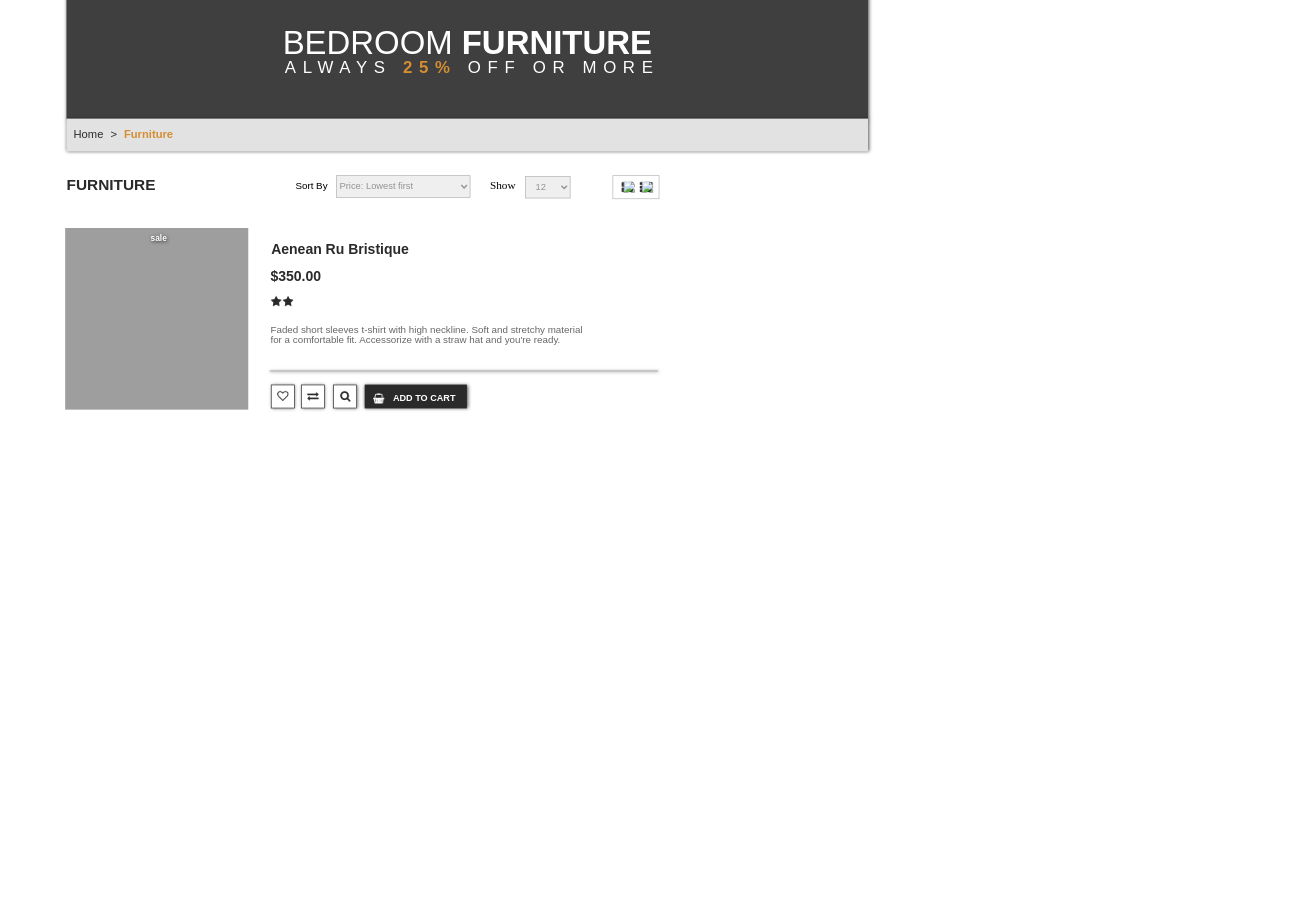
Repository: mihaisitaru/bazar
Page: http://localhost/furniture
The author's editor kept a record of every edit. The page is drawn from the files as they stood at one moment, then again after the next edit.
The browser window is 1280 px wide. The page is 1845 px wide, so the pictures cover 1845 px, including what lies to the right of the window. The pictures show the part of the page from y = 349 to 1669 px (the page is 4745 px tall), at 70% of full size.
Pictures or frames that could not be fetched are drawn as grey boxes. The page is run by PHP 8.4 with error messages shown; the project is at /var/www/html/.

Above is the page before.

### furniture.php
<?php require_once(__DIR__."/php/work3/config/general.php"); ?>

<!DOCTYPE html>
<html lang="en">
  <head>
    <title>Furniture - Bazar Online Shopping</title>
    <!-- This resets any default values added by the browsers -->
    <link rel="stylesheet" type="text/css" href="css/reset.css" />
    <!-- This is the style document used -->
    <link rel="stylesheet" type="text/css" href="css/style.css" />
    <!-- This is the logo -->
    <link rel="icon" href="images/favicon.png" type="image/x-icon" />
    <!-- A bunch of metas -->
    <meta charset="UTF-8" />
    <meta name="description" content="Bazar - Online shopping, Indoor furniture, all you need in just one place" />
    <meta name="keywords" content="Bazar, Furniture, Indoor, Soda, Bedroom, Chair, Table" />
    <meta name="author" content="Mihai Sitaru" />
    <meta name="geo.region" content="RO-IS" />
    <meta name="geo.placename" content="Iasi" />
    <meta name="geo.position" content="47.165390;27.563670" />
  </head>
  <body>
    <?php include_once(__DIR__."/php/work3/config/header.php"); ?>
    <div class="container">
      <!-- Furniture title header -->
      <div class="furniture-title shadow-box">
        <ul>
          <li><p class="furniture-title-1-a">bedroom</p><p class="furniture-title-1-b"> furniture</p></li>
          <li><p class="furniture-title-2-a">always</p><p class="furniture-title-2-b color-orange"> 25%</p><p class="furniture-title-2-a"> off or more</p></li>
        </ul>
        <div class="gray-links shadow-box"><a href="home">home</a><p>&#62;</p><a href="furniture" class="current"><p>furniture</p></a></div>
      </div>
      <!-- Sort products -->
      <div class="nav-6">
        <a class="furniture-title-page color-dark-gray" href="furniture" title="Furniture">furniture</a>
        <div class="blackline-furniture-page background-dark-gray"></div>
        <form action="" method="POST">
          <p class="sort-by">sort by</p>
          <select class="input-to-sort">
            <option value="price: lowest first" selected>Price: Lowest first</option>
            <option value="price: highest first">Price: Highest first</option>
            <option value="category: chair">Category: Chair</option>
            <option value="category: table">Category: Table</option>
            <option value="category: sofa">Category: Sofa</option>
            <option value="category: bedroom">Category: Bedroom</option>
          </select>
          <p class="show-filter">show</p>
          <select class="show-filter-values">
            <option value="12" selected>12</option>
            <option value="24">24</option>
            <option value="48">48</option>
          </select>
          <div class="filter-type-container">
            <input class="filter-grid" type="image" src="#" alt="...." />
            <input class="filter-list" type="image" src="#" alt="...." />
          </div>
        </form>
      </div>
      <!-- Sort the products -->
      <div class="products-sorted">
        <div class="product-sorted">
          <img class="product-img-sorted" src="/images/gallfeat1.jpg" alt="photo" />
          <div class="text-add-to-cart-sorted shadow-box"><p>add to cart</p></div>
          <div class="product-name-sorted background-white">
            <p class="text-product-sorted color-dark-gray">Aenean Ru Bristique</p>
            <div class="black-stars-sorted"></div>
            <div class="white-stars-sorted"></div>
            <div class="gray-line-sorted shadow-box"></div>
            <div class="white-heart-sorted shadow-box"><div class="wishlist"><p>add to wishlist</p><div class="triangles"></div></div></div>
            <div class="compare-sorted shadow-box"><div class="match"><p>add to compare</p><div class="triangles"></div></div></div>
            <div class="view-product-sorted shadow-box"><div class="details"><p>quick view</p><div class="triangles"></div></div></div>
            <div class="price-sorted">
              <p class="price-text-sorted color-dark-gray">$350.00</p>
              <p class="short-description-sorted color-dark-gray">Faded short sleeves t-shirt with high neckline. Soft and stretchy material for a comfortable fit. Accessorize with a straw hat and you're ready.</p>
            </div>
          </div>
        </div>
      </div>
      <!-- Brands slider -->
      <div class="brand-two">
        <div class="brand-slider">
          <div class="brand-container"></div>
          <div class="brand-controls">
            <p class="left-brand background-dark-gray font-semi-bold">&#60;</p>
            <p class="right-brand background-dark-gray font-semi-bold">&#62;</p>
          </div>
        </div>
      </div>
      <!-- Register to receive newsletters -->
      <div class="furniture-newsletter shadow-box">
        <form action="<?php echo htmlspecialchars('/php/work3/api/user/newsletterRegister.php') ?>" method="POST">
          <p class="newsletter-label">newsletter:</p>
          <div class="newsletter-input-container"><input class="newsletter-input" type="text" name="email" placeholder="Enter your email address" /></div>
          <input class="newsletter-button" type="image" src="/images/newsletter-submit-orange.png" alt="Submit" />
        </form>
      </div>
    </div>
    <!-- Add magic with javascript and query -->
    <script type="text/javascript" src="https://preview.c9users.io/mihaisitaru/bazar_shop_online/javascript/jquery-2.2.4.min.js"></script>
    <script type="text/javascript" src="https://preview.c9users.io/mihaisitaru/bazar_shop_online/javascript/brands-slider2.js"></script>
    <script type="text/javascript" src="https://preview.c9users.io/mihaisitaru/bazar_shop_online/javascript/js2.js"></script>
    <script type="text/javascript" src="https://preview.c9users.io/mihaisitaru/bazar_shop_online/javascript/go-to-top.js"></script>
    <!-- Include the footer -->
    <?php include_once(__DIR__."/php/work3/config/footer.php"); ?>

### php/work3/config/general.php
<?php
session_start();
require_once(__DIR__.'/constants.php');
?>

<?php
require_once(__DIR__.'/../'._LIB_FOLDER.'/databaseHelper.php');
databaseConnect();

### php/work3/config/constants.php
<?php
/*
*                                         $$\                          $$\                             $$\
*                                          $$ |                         $$ |                            $$ |
* $$$$$$$\  $$$$$$\  $$$$$$$\   $$$$$$$\ $$$$$$\    $$$$$$\  $$$$$$$\ $$$$$$\    $$$$$$$\      $$$$$$\  $$$$$$$\   $$$$$$\
*$$  _____|$$  __$$\ $$  __$$\ $$  _____|\_$$  _|   \____$$\ $$  __$$\\_$$  _|  $$  _____|    $$  __$$\ $$  __$$\ $$  __$$\
*$$ /      $$ /  $$ |$$ |  $$ |\$$$$$$\    $$ |     $$$$$$$ |$$ |  $$ | $$ |    \$$$$$$\      $$ /  $$ |$$ |  $$ |$$ /  $$ |
*$$ |      $$ |  $$ |$$ |  $$ | \____$$\   $$ |$$\ $$  __$$ |$$ |  $$ | $$ |$$\  \____$$\     $$ |  $$ |$$ |  $$ |$$ |  $$ |
*\$$$$$$$\ \$$$$$$  |$$ |  $$ |$$$$$$$  |  \$$$$  |\$$$$$$$ |$$ |  $$ | \$$$$  |$$$$$$$  |$$\ $$$$$$$  |$$ |  $$ |$$$$$$$  |
* \_______| \______/ \__|  \__|\_______/    \____/  \_______|\__|  \__|  \____/ \_______/ \__|$$  ____/ \__|  \__|$$  ____/
*                                                                                            $$ |                $$ |
*                                                                                             $$ |                $$ |
*                                                                                             \__|                \__|
*/
 //constants for navigating folders
 define("_LIB_FOLDER", "lib");
 define("_API_FOLDER", "api");
 //db details
 define("_DB_HOST", "127.0.0.1");
 define("_DB_USER", "mihaisitaru");
 define("_DB_PASSWORD", "");
 define("_DB_NAME", "bazar_shop_online");
 define("_DB_PORT", "3306");
 //constants for errors
 /**************************************************************************************************************************/
 #connection
 define("_ERROR_DB_CONNECTION_CODE", "db1000");
 define("_ERROR_DB_CONNECTION_MSG", "Can't connect to the specified Database with the specified IP.");
 #user
 define("_ERROR_EMAIL_OR_PASSWORD_NOT_SPECIFIED_CODE", "u1001");
 define("_ERROR_EMAIL_OR_PASSWORD_NOT_SPECIFIED_MSG", "Email or password not specified");
 define("_ERROR_EMAIL_NOT_SPECIFIED_CODE", "u1001e");
 define("_ERROR_EMAIL_NOT_SPECIFIED_MSG", "Email not specified");
 define("_ERROR_EMAIL_OR_PASSWORD_NOT_CORRECT_CODE", "u1002");
 define("_ERROR_EMAIL_OR_PASSWORD_NOT_CORRECT_MSG", "Email or password is not correct");
 define("_ERROR_EMAIL_NOT_CORRECT_CODE", "u1002e");
 define("_ERROR_EMAIL_NOT_CORRECT_MSG", "Email is not correct");
 define("_ERROR_USER_NOT_LOGGED_IN_CODE", "u1003");
 define("_ERROR_USER_NOT_LOGGED_IN_MSG", "You are not logged in. Please authenticate first in order to get access to this functionality.");
 define("_ERROR_REQUIRED_STAR_FIELD_CODE", "u1004");
 define("_ERROR_REQUIRED_STAR_FIELD_MSG", "*");
 define("_ERROR_REQUIRED_FIELD_CODE", "u1005");
 define("_ERROR_REQUIRED_FIELD_MSG", "*required field");
 define("_ERROR_USER_MUST_LOGIN_FIRST_CODE", "u1006");
 define("_ERROR_USER_MUST_LOGIN_FIRST_MSG", "You are not logged in. Please login first in order to be able to logout.");
 define("_ERROR_USER_NOT_RECOGNIZED_CODE", "u1007");
 define("_ERROR_USER_NOT_RECOGNIZED_MSG", "There is no account with this email. Do you want to create one?");
 define("_ERROR_DETAILS_NOT_SPECIFIED_CODE", "u1008");
 define("_ERROR_DETAILS_NOT_SPECIFIED_MSG", "All fields are required. Please add values to them.");
 define("_ERROR_EMAIL_ALREADY_EXISTS_CODE", "u1009");
 define("_ERROR_EMAIL_ALREADY_EXISTS_MSG", "An account with this email address already exists. Please choose another one.");
 define("_ERROR_PASSWORDS_DO_NOT_MATCH_CODE", "u1010");
 define("_ERROR_PASSWORDS_DO_NOT_MATCH_MSG", "Inserted passwords do not match. Please try again.");
 define("_ERROR_DETAILS_NOT_UPDATED_CODE", "u1011");
 define("_ERROR_DETAILS_NOT_UPDATED_MSG", "We could't update your info. Please try again.");
 define("_ERROR_ACCOUNT_NOT_CREATED_CODE", "u1012");
 define("_ERROR_ACCOUNT_NOT_CREATED_MSG", "Account not created. Please try again.");
 #category
 define("_ERROR_CATEGORY_NAME_OR_STATUS_NOT_SPECIFIED_CODE", "ca1000");
 define("_ERROR_CATEGORY_NAME_OR_STATUS_NOT_SPECIFIED_MSG", "Category name or status not specified.");
 define("_ERROR_CATEGORY_NOT_CREATED_CODE", "ca1001");
 define("_ERROR_CATEGORY_NOT_CREATED_MSG", "Category not created.");
 define("_ERROR_CATEGORY_NOT_FOUND_CODE", "ca1002");
 define("_ERROR_CATEGORY_NOT_FOUND_MSG", "Category not found.");
 define("_ERROR_CATEGORY_NOT_DELETED_CODE", "ca1003");
 define("_ERROR_CATEGORY_NOT_DELETED_MSG", "Category not deleted.");
 define("_ERROR_CATEGORY_NOT_UPDATED_CODE", "ca1004");
 define("_ERROR_CATEGORY_NOT_UPDATED_MSG", "Category not updated.");
 define("_ERROR_NO_CATEGORY_WAS_FOUND_CODE", "ca1005");
 define("_ERROR_NO_CATEGORY_WAS_FOUND_MSG", "No category was found.");
 define("_ERROR_CATEGORY_ID_NAME_OR_STATUS_NOT_SPECIFIED_CODE", "ca1006");
 define("_ERROR_CATEGORY_ID_NAME_OR_STATUS_NOT_SPECIFIED_MSG", "Category id, name or status not specified.");
 define("_ERROR_CATEGORY_NOT_SPECIFIED_CODE", "ca1007");
 define("_ERROR_CATEGORY_NOT_SPECIFIED_MSG", "Category not specified.");
 #product
 define("_ERROR_PRODUCT_DETAILS_NOT_SPECIFIED_CODE", "p1000");
 define("_ERROR_PRODUCT_DETAILS_NOT_SPECIFIED_MSG", "Product details not specified.");
 define("_ERROR_PRODUCT_NOT_CREATED_CODE", "p1001");
 define("_ERROR_PRODUCT_NOT_CREATED_MSG", "Product not added.");
 define("_ERROR_PRODUCT_NOT_FOUND_CODE", "p1002");
 define("_ERROR_PRODUCT_NOT_FOUND_MSG", "Product not found.");
 define("_ERROR_NO_PRODUCT_WAS_FOUND_CODE", "p1003");
 define("_ERROR_NO_PRODUCT_WAS_FOUND_MSG", "No product was found.");
 define("_ERROR_PRODUCT_NOT_DELETED_CODE", "p1004");
 define("_ERROR_PRODUCT_NOT_DELETED_MSG", "Product not deleted.");
 define("_ERROR_PRODUCT_NOT_UPDATED_CODE", "p1005");
 define("_ERROR_PRODUCT_NOT_UPDATED_MSG", "Product not updated.");
 define("_ERROR_IMAGE_NOT_SELECTED_CODE", "p1006");
 define("_ERROR_IMAGE_NOT_SELECTED_MSG", "Image not selected.");
 define("_ERROR_IMAGE_NOT_UPLOADED_CODE", "p1007");
 define("_ERROR_IMAGE_NOT_UPLOADED_MSG", "Image not uploaded.");
 define("_ERROR_IMAGE_NOT_SPECIFIED_CODE", "p1008");
 define("_ERROR_IMAGE_NOT_SPECIFIED_MSG", "Image not specified.");
 define("_ERROR_IMAGE_NOT_DELETED_CODE", "p1009");
 define("_ERROR_IMAGE_NOT_DELETED_MSG", "Image not deleted.");
 define("_ERROR_PRODUCTS_NOT_DEFINED_CODE", "p1010");
 define("_ERROR_PRODUCTS_NOT_DEFINED_MSG", "Products not defined.");
 define("_ERROR_NO_PRODUCT_IN_SPECIFIED_CATEGORY_FOUND_CODE", "p1011");
 define("_ERROR_NO_PRODUCT_IN_SPECIFIED_CATEGORY_FOUND_MSG", "No product in specified category found.");
 define("_ERROR_PRODUCT_OR_CATEGORY_NOT_FOUND_CODE", "p1012");
 define("_ERROR_PRODUCT_OR_CATEGORY_NOT_FOUND_MSG", "Product or category not found.");
 define("_ERROR_PRODUCT_IMAGE_NOT_FOUND_CODE", "p1013");
 define("_ERROR_PRODUCT_IMAGE_NOT_FOUND_MSG", "Product image not found.");
 define("_ERROR_NO_IMAGE_FOUND_CODE", "p1014");
 define("_ERROR_NO_IMAGE_FOUND_MSG", "No image found.");
 define("_ERROR_NO_HOTDEAL_WAS_FOUND_CODE", "p1015");
 define("_ERROR_NO_HOTDEAL_WAS_FOUND_MSG", "No product was found.");
 define("_ERROR_NO_DATA_WAS_FOUND_CODE", "p1016");
 define("_ERROR_NO_DATA_WAS_FOUND_MSG", "No data was found.");
 define("_ERROR_NO_CUSTOMER_SUPPORT_WAS_FOUND_CODE", "p1017");
 define("_ERROR_NO_CUSTOMER_SUPPORT_WAS_FOUND_MSG", "No customer support data was found.");
 #order
 define("_ERROR_ORDER_NOT_SPECIFIED_CODE", "o1000");
 define("_ERROR_ORDER_NOT_SPECIFIED_MSG", "Order not specified.");
 define("_ERROR_ORDER_NOT_FOUND_CODE", "o1001");
 define("_ERROR_ORDER_NOT_FOUND_MSG", "Order not found.");
 define("_ERROR_CART_IS_EMPTY_CODE", "o1002");
 define("_ERROR_CART_IS_EMPTY_MSG", "Cart is empty.");
 define("_ERROR_ORDER_NOT_PROCESSED_CODE", "o1003");
 define("_ERROR_ORDER_NOT_PROCESSED_MSG", "Order not processed.");
 define("_ERROR_CART_NOT_EMPTIED_OUT_CODE", "o1004");
 define("_ERROR_CART_NOT_EMPTIED_OUT_MSG", "Cart not emptied out.");
 #currency
 define("_ERROR_CURRENCY_NAME_CODE_OR_STATUS_NOT_SPECIFIED_CODE", "cu1000");
 define("_ERROR_CURRENCY_NAME_CODE_OR_STATUS_NOT_SPECIFIED_MSG", "Currency name, code or status not specified.");
 define("_ERROR_CURRENCY_NOT_CREATED_CODE", "cu1001");
 define("_ERROR_CURRENCY_NOT_CREATED_MSG", "Currency not created.");
 define("_ERROR_CURRENCY_NOT_FOUND_CODE", "cu1002");
 define("_ERROR_CURRENCY_NOT_FOUND_MSG", "Currency not found.");
 define("_ERROR_CURRENCY_NOT_DELETED_CODE", "cu1003");
 define("_ERROR_CURRENCY_NOT_DELETED_MSG", "Currency not deleted.");
 define("_ERROR_CURRENCY_NOT_UPDATED_CODE", "cu1004");
 define("_ERROR_CURRENCY_NOT_UPDATED_MSG", "Currency not updated.");
 define("_ERROR_NO_CURRENCY_WAS_FOUND_CODE", "cu1005");
 define("_ERROR_NO_CURRENCY_WAS_FOUND_MSG", "No currency was found.");
 define("_ERROR_CURRENCY_CODE_OR_STATUS_NOT_SPECIFIED_CODE", "cu1006");
 define("_ERROR_CURRENCY_CODE_OR_STATUS_NOT_SPECIFIED_MSG", "Currency code or status not specified.");
 define("_ERROR_CURRENCY_CODE_NAME_OR_STATUS_NOT_SPECIFIED_CODE", "cu1007");
 define("_ERROR_CURRENCY_CODE_NAME_OR_STATUS_NOT_SPECIFIED_MSG", "Currency code, name or status not specified.");

### php/work3/lib/databaseHelper.php
<?php
require_once('outputHelper.php');

function databaseConnect() {
    global $db;
    $db = mysqli_connect(_DB_HOST, _DB_USER, _DB_PASSWORD, _DB_NAME, _DB_PORT);

    if (mysqli_connect_error()) {
        throwJSONError(_ERROR_DB_CONNECTION_CODE, _ERROR_DB_CONNECTION_MSG);
        exit();
    }
    else {
        mysqli_set_charset($db, 'utf8');
    }
}

### php/work3/lib/outputHelper.php
<?php

function returnHeader() {
    header('Content-Type: application/json');
}

function throwJSONError($errorCode, $errorMessage) {
    $result = array(
        "successful" => false,
        "errorCode" => $errorCode,
        "errorMessage" => $errorMessage
    );
    $encodedJSON = json_encode($result);
    http_response_code(400);
    echo $encodedJSON;
    exit();
}

function echoJSONOutput($out = array()) {
    $newOut = array("successful" => true);

    if (is_array($out) AND count($out) > 0) {
        $newOut['details'] = $out;
    }
    http_response_code(200);
    echo json_encode($newOut);
    exit();
}

### php/work3/config/header.php
<?php ?>

<header>
  <div class="header-1 header shadow-box">
    <div class="currency header-1-font">
      <select class="select">
        <option value="USD" selected>USD&nbsp;&nbsp;&nbsp;&nbsp;</option>
        <option value="EUR">EUR</option>
        <option value="RON">RON</option>
      </select>
    </div>
    <div class="white-bar-1 white-bar background-white"></div>
    <div class="language header-1-font">
      <select class="select">
        <option value="en" selected>English&nbsp;&nbsp;&nbsp;&nbsp;</option>
        <option value="fr">Français</option>
        <option value="ro">Română</option>
      </select>
    </div>
    <div class="white-bar-2 white-bar background-white"></div>
    <div class="help header-1-font">
      <select class="select">
        <option value="help" selected>Help</option>
        <option value="q&a">Q & A</option>
        <option value="about-us">About us&nbsp;&nbsp;&nbsp;&nbsp;</option>
      </select>
    </div>
    <div class="login header-1-font shadow-text">
      <a href="" title="Login">&nbsp;&nbsp;&nbsp;&nbsp;&nbsp;Login</a>
    </div>
    <div class="register header-1-font shadow-text">
      <a href="" title="Register">&nbsp;&nbsp;&nbsp;&nbsp;&nbsp;Register</a>
    </div>
    <div class="my-account shadow-box shadow-text"></div>
  </div>
  <div class="header-2 header shadow-box">
    <div class="mobile"><p>2300 - 3560 - 222</p></div>
    <div class="bazar"><a href="home" title="Bazar Online shopping"><img src="images/bazar.png" alt="Bazar" /></a></div>
    <div class="shopcart shadow-box"><a href="#" title="shopcart"><img src="images/whiteshopcart.png" alt="Shopping Cart" class="shopcart-white-img" /></a></div>
    <div class="circle-shopcart">
      <a href="#" title="circleshopcart shadow-box"></a>
      <p class="my-cart">0</p>
    </div>
  </div>
  <div>
    <div class="category"></div>
    <select id="select-category" class="categories color-dark-gray">
      <option value="Select a category" selected>Select a category&nbsp;&nbsp;&#x25BC;</option>
      <option value="Wooden furniture">Wooden furniture</option>
      <option value="Bamboo furniture">Bamboo furniture</option>
      <option value="Metal furniture">Metal furniture</option>
    </select><input type="text" class="search" name="search" value="" placeholder="Search products..." size="20" />
    <img src="images/search-ico.png" alt="Search" class="search-ico" />
  </div>
  <div class="nav-1">
    <ul>
      <li><a href="home" title="Home">Home</a></li>
      <li><a href="furniture" title="Furniture">Furniture</a></li>
      <li><a href="chair" title="Chair">Chair</a></li>
      <li><a href="table" title="Table">Table</a></li>
      <li><a href="sofa" title="Sofa">Sofa</a></li>
      <li><a href="bedroom" title="Bedroom">Bedroom</a></li>
      <li><a href="blog" title="Blog">Blog</a></li>
    </ul>
  </div>
</header>

### php/work3/config/footer.php
<?php ?>

  <footer>
    <div class="before-gray-el shadow-box">
      <div class="title-lists">
        <span>information</span>
        <span>my account</span>
        <span>information</span>
        <span>orders</span>
        <div class="last-lists">
          <div class="info-list-1">
            <ul>
              <li><a href="#">About us</a></li>
              <li><a href="#">Privacy</a></li>
              <li><a href="#">Conditions</a></li>
              <li><a href="#">Online support</a></li>
            </ul>
          </div>
          <div class="my-account-list">
            <ul>
              <li><a href="#">login</a></li>
              <li><a href="#">my cart</a></li>
              <li><a href="#">wishlist</a></li>
              <li><a href="#">checkout</a></li>
            </ul>
          </div>
          <div class="info-list-2">
            <ul>
              <li><a href="#">specials</a></li>
              <li><a href="#">new products</a></li>
              <li><a href="#">best sellers</a></li>
              <li><a href="#">our stores</a></li>
            </ul>
          </div>
          <div class="orders-list">
            <ul>
              <li><a href="#">Payment options</a></li>
              <li><a href="#">Shipping and delivery</a></li>
              <li><a href="#">Returns</a></li>
              <li><a href="#">Shipping</a></li>
            </ul>
          </div>
          <div><img src="images/pay.png" alt="cards" class="cards" /></div>
        </div>
      </div>
    </div>
    <div class="gray-element shadow-box background-dark-gray">
        <p>&copy;copyright 2017 &#45; bazar &#124; all rights reserved</p>
        <a href="https://twitter.com/mihaisitaru" title="twitter" target="_blank"><span class="twitter"></span></a>
        <a href="https://www.facebook.com/MihSit" title="facebook" target="_blank"><span class="facebook"></span></a>
        <a href="https://www.youtube.com/" title="youtube" target="_blank"><span class="youtube"></span></a>
        <a href="https://plus.google.com/" title="googleplus" target="_blank"><span class="googleplus"></span></a>
        <a href="https://ro.linkedin.com/in/mihai-sitaru-b252b777" title="linkedin" target="_blank"><span class="linkedin"></span></a>
        <a href="https://www.pinterest.com/mihaisitaru" title="pinterest" target="_blank"><span class="pinterest"></span></a>
    </div>
    <button onclick="topFunction()" class="go-to-top shadow-box" title="Go to top">Go to top&nbsp;&#8593;</button>
  </footer>
</body>
</html>

### css/reset.css
/* Mihai Sitaru | 20170430
  https://ide.c9.io/mihaisitaru/
  License: none (public domain)
*/
html, body, div, span, applet, object, iframe,
h1, h2, h3, h4, h5, h6, p, blockquote, pre,
a, abbr, acronym, address, big, cite, code,
del, dfn, em, img, ins, kbd, q, s, samp,
small, strike, strong, sub, sup, tt, var,
b, u, i, center,
dl, dt, dd, ol, ul, li,
fieldset, form, label, legend,
table, caption, tbody, tfoot, thead, tr, th, td,
article, aside, canvas, details, embed,
figure, figcaption, footer, header, hgroup,
menu, nav, output, ruby, section, summary,
time, mark, audio, video {
	margin: 0;
	padding: 0;
	border: 0;
	font-size: 100%;
	font: inherit;
	vertical-align: baseline;
}
/* HTML5 display-role reset for older browsers */
article, aside, details, figcaption, figure,
footer, header, hgroup, menu, nav, section {
	display: block;
}
body {
	line-height: 1;
}
ol, ul {
	list-style: none;
}
blockquote, q {
	quotes: none;
}
blockquote:before, blockquote:after,
q:before, q:after {
	content: '';
	content: none;
}
table {
	border-collapse: collapse;
	border-spacing: 0;
}

Loaded but not shown: css/style.css (3747 lines, source omitted)

After the next edit:
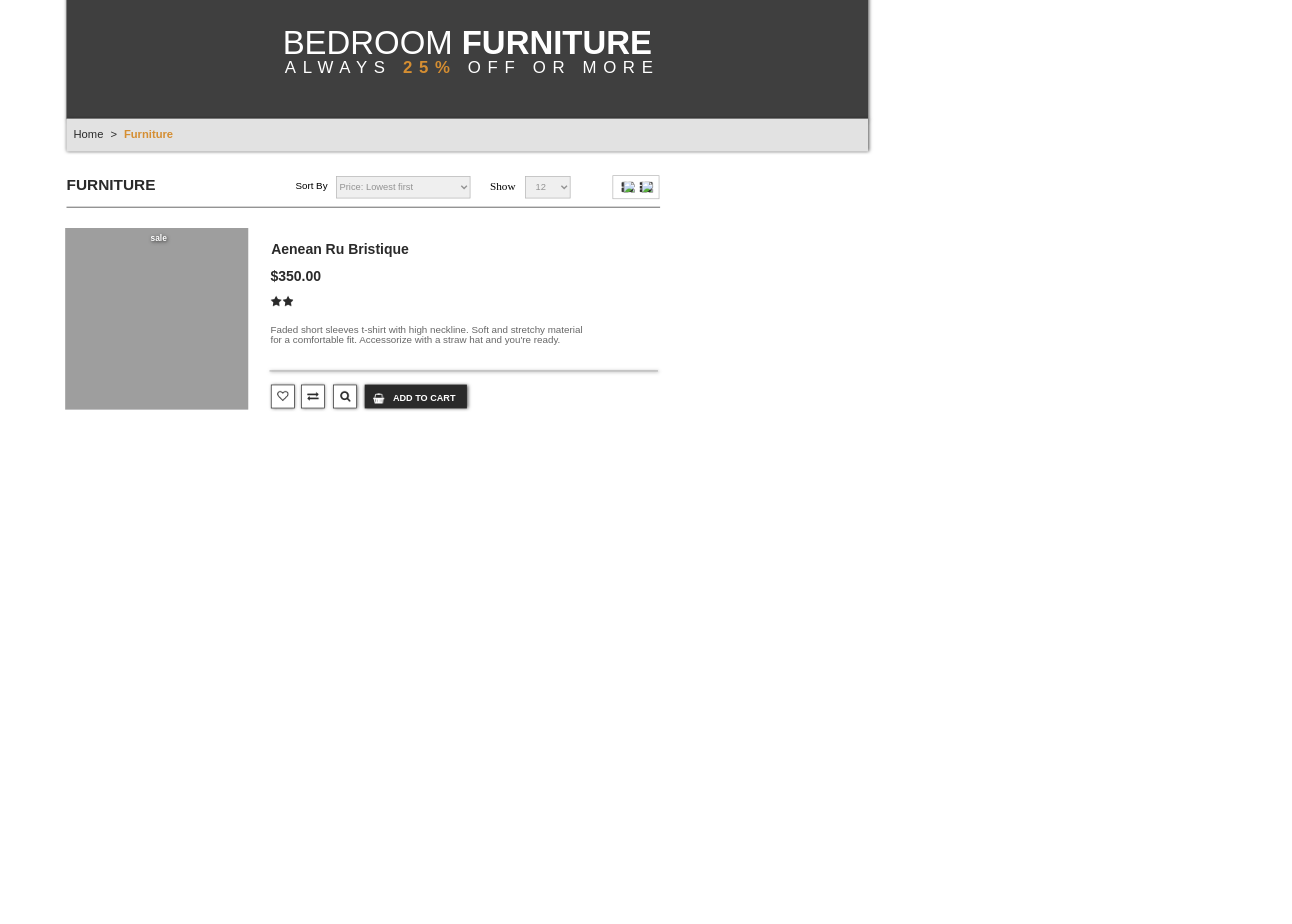
The edit:
--- a/furniture.php
+++ b/furniture.php
@@ -33,7 +33,7 @@
       <!-- Sort products -->
       <div class="nav-6">
         <a class="furniture-title-page color-dark-gray" href="furniture" title="Furniture">furniture</a>
-        <div class="blackline-furniture-page background-dark-gray"></div>
+        <div class="black-line-furniture-page background-dark-gray"></div>
         <form action="" method="POST">
           <p class="sort-by">sort by</p>
           <select class="input-to-sort">
